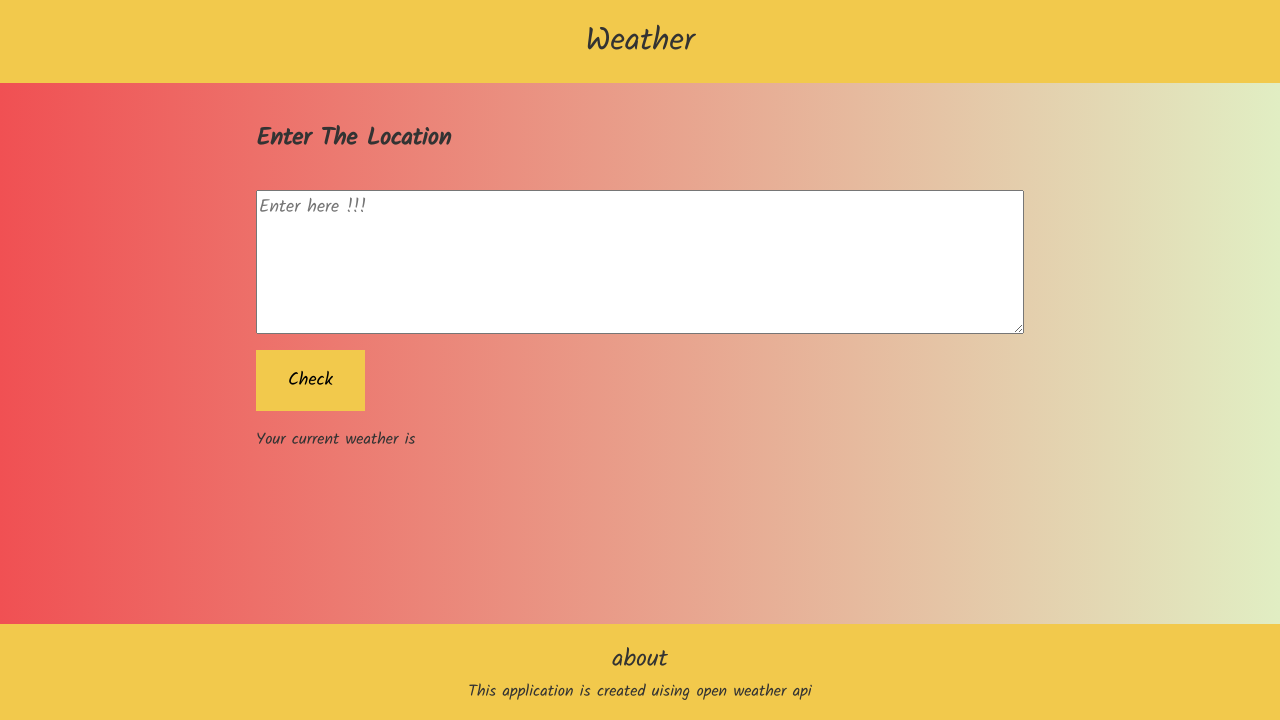
Repository: Irfan-vit/openapi
Page: index.html
These files come from the project's save history. The page is drawn as it stood at one moment and after the next save; the edit follows.
The browser window is 1280 px wide. The pictures show the whole page.

Above is the page before, as saved 2021-05-27 23:28:47.

After the next save:
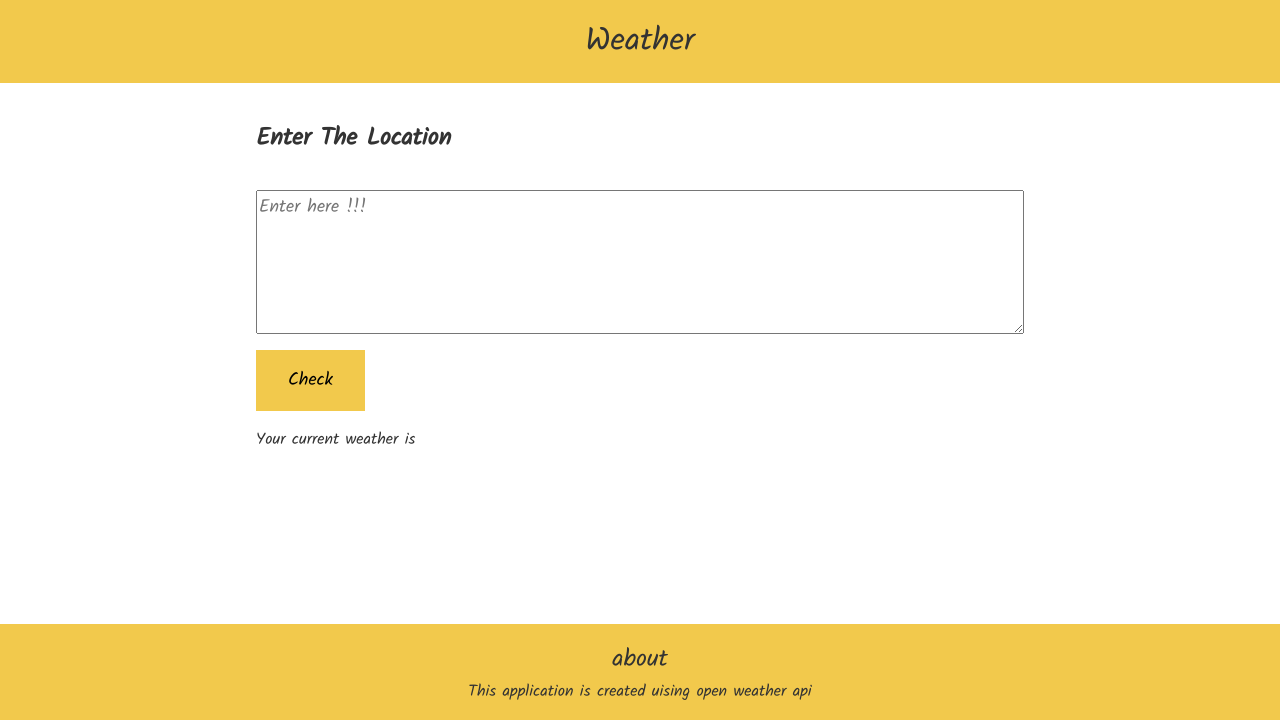
Saved 7 s later.
--- a/style.css
+++ b/style.css
@@ -14,9 +14,6 @@ body {
     margin: 0;
     font-family: 'Kalam', cursive;
     color: #333333;
-    background: #e1eec3;  /* fallback for old browsers */
-background: -webkit-linear-gradient(to right, #f05053, #e1eec3);  /* Chrome 10-25, Safari 5.1-6 */
-background: linear-gradient(to right, #f05053, #e1eec3); /* W3C, IE 10+/ Edge, Firefox 16+, Chrome 26+, Opera 12+, Safari 7+ */
 
 }
 
